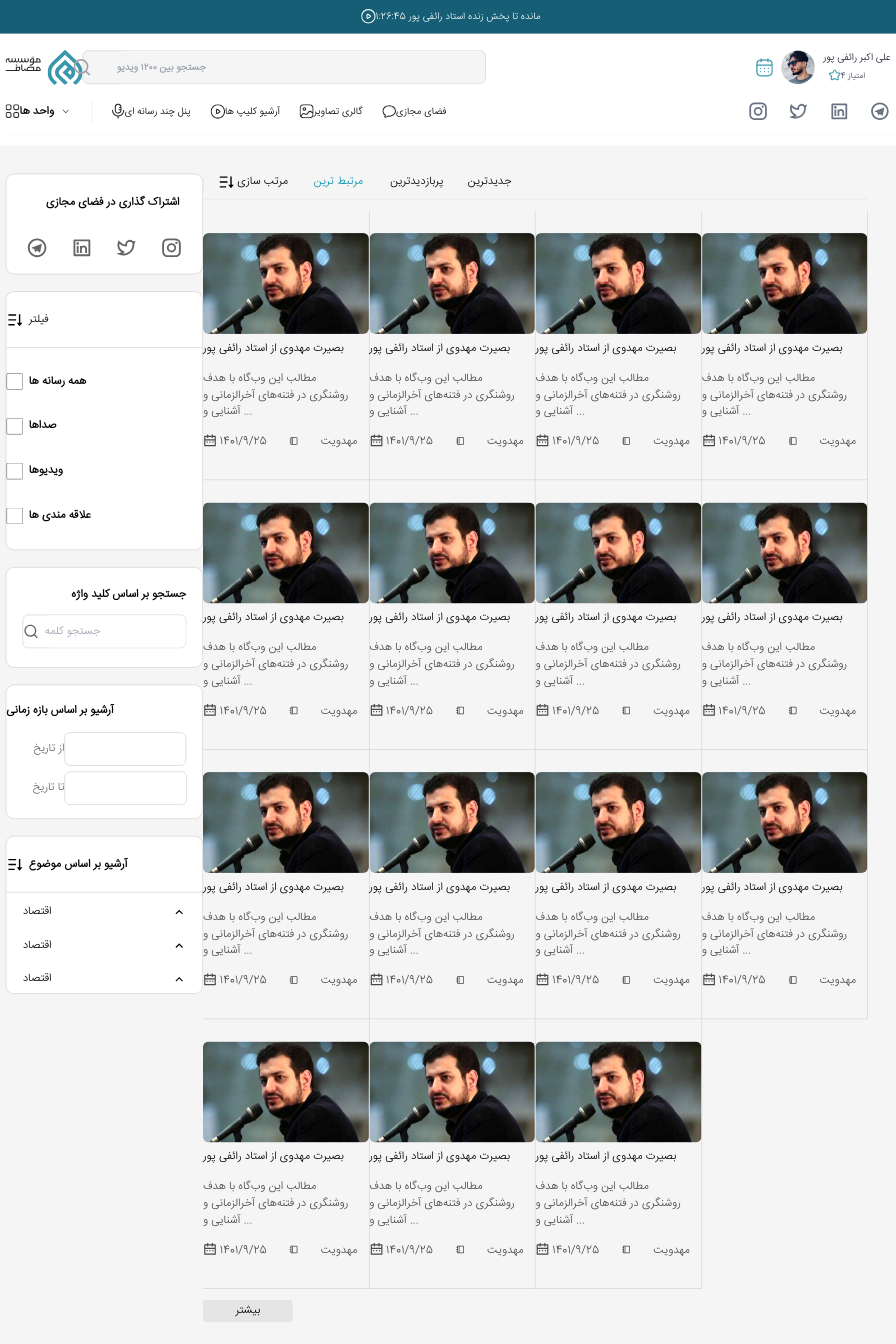
Repository: homan-tehrani/uiUserNative
Page: /multimedia
These files come from the project's save history. The page is drawn as it stood at one moment and after the next save; the edit follows.
The browser window is 1280 px wide. The pictures show the part of the page from y = 0 to 1920 px (the page is 3029 px tall), at 70% of full size.
The project was rebuilt for these pictures with package versions that can differ from the ones it lists, and the page was loaded fresh each time. The framework's server and built-in components were replaced by stand-ins that run in the browser. Also part of the build but not shown: next.config.js, src/components/MenuForUnits.js, src/components/AccordionForUnits.js, src/components/MenuResponsive.js.

Above is the page before, as saved 2023-04-25 02:13:25.

### src/pages/_app.js
import Layoute from 'components/layout/Layoute'
import 'styles/globals.css'

export default function App({ Component, pageProps }) {
  return <Layoute>
    <Component {...pageProps} />
  </Layoute>
}

### src/pages/multimedia/index.js
import React, { useState, useEffect } from 'react';
import { albumPhoto } from '../../../src/db.json';
import Loading from 'components/loading';
import CourseCart from 'components/CourseCart';
import Aside from 'components/Aside';
import AsideResponsive from 'components/AsideResponsive';
export default function Multimedia() {
  const [allcorses, setAllCorses] = useState(null);

  useEffect(() => {
    setAllCorses(albumPhoto);
  }, []);

  if (!allcorses) {
    return <Loading />;
  }

  return (
    <div className=" bg-neutral-100 flex h-max py-10 w-full mt-4 gap-x-1 ">
      <div className="hidden  sm:flex  md:flex justify-evenly container sm:px-2 mx-auto sm:justify-between sm:gap-x-0 gap-x-2 ">
        <Aside />
        <CourseCart data={allcorses} />
      </div>
      <AsideResponsive />
    </div>
  );
}

### src/components/layout/Layoute.js
import React from "react";
import Header from "./Header";
import Fotter from "./Fotter";
import Speech from "../Speech";

export default function Layoute({ children , datas }) {
  return (
    <>
      <Header  />
      <div>{children}</div>
      <Speech />
      <Fotter datas={datas} />
    </>
  );
}

### src/styles/globals.css
@tailwind base;
@tailwind components;
@tailwind utilities;

@font-face {
    font-family: iransans;
    src: url("../../public/assets/fonts/iransans/irsans-l.woff");
}

html , body{
    font-family: iransans;
  }

.slider-master
.swiper-pagination-bullet{
  width: 14px;
  height: 14px;
  background-color: #3998AC;
}

.slider-master
.swiper-pagination-bullet-active {
  width: 60px;
  border-radius: 60px;
}

### src/components/loading.js
const Loading =()=> {
    return (
      <div className="w-full h-full flex justify-center items-center py-5">
        <svg aria-hidden="true" class="w-12 h-12 text-gray-200 animate-spin dark:text-gray-600 fill-cyan-600" viewBox="0 0 100 101" fill="none" xmlns="http://www.w3.org/2000/svg">
            <path d="M100 50.5908C100 78.2051 77.6142 100.591 50 100.591C22.3858 100.591 0 78.2051 0 50.5908C0 22.9766 22.3858 0.59082 50 0.59082C77.6142 0.59082 100 22.9766 100 50.5908ZM9.08144 50.5908C9.08144 73.1895 27.4013 91.5094 50 91.5094C72.5987 91.5094 90.9186 73.1895 90.9186 50.5908C90.9186 27.9921 72.5987 9.67226 50 9.67226C27.4013 9.67226 9.08144 27.9921 9.08144 50.5908Z" fill="currentColor"/>
            <path d="M93.9676 39.0409C96.393 38.4038 97.8624 35.9116 97.0079 33.5539C95.2932 28.8227 92.871 24.3692 89.8167 20.348C85.8452 15.1192 80.8826 10.7238 75.2124 7.41289C69.5422 4.10194 63.2754 1.94025 56.7698 1.05124C51.7666 0.367541 46.6976 0.446843 41.7345 1.27873C39.2613 1.69328 37.813 4.19778 38.4501 6.62326C39.0873 9.04874 41.5694 10.4717 44.0505 10.1071C47.8511 9.54855 51.7191 9.52689 55.5402 10.0491C60.8642 10.7766 65.9928 12.5457 70.6331 15.2552C75.2735 17.9648 79.3347 21.5619 82.5849 25.841C84.9175 28.9121 86.7997 32.2913 88.1811 35.8758C89.083 38.2158 91.5421 39.6781 93.9676 39.0409Z" fill="currentFill"/>
        </svg>
      </div>
    );
  }

  export default Loading;

### src/components/CourseCart.js
import React from 'react';
import Link from 'next/link';
import Loading from './loading';
export default function CourseCart({ data }) {
  console.log(data);
  if (!data) {
    return <Loading />;
  }
  return (
    <div className="relative w-full h-full  flex flex-col   md:translate-x-0 gap-y-4  pr-8">
      <div className="  w-full text-sm md:text-base border-b pb-3 flex  items-end  gap-x-1 md:gap-x-4 lg:gap-x-8  ">
        <div className=" w-26 flex items-center justify-center gap-x-1 border-l pl-3 sm:pl-5">
          <svg
            xmlns="http://www.w3.org/2000/svg"
            className="w-4 md:w-6"
            viewBox="0 0 24 24"
          >
            <path
              d="M20 4V16H23L19 21L15 16H18V4H20ZM12 18V20H3V18H12ZM14 11V13H3V11H14ZM14 4V6H3V4H14Z"
              fill="#000"
            ></path>
          </svg>
          <button className="">مرتب سازی </button>
        </div>
        <button className="text-cyan-600  w-16 md:w-20">
          مرتبط ترین
        </button>
        <button className="w-20 ">پربازدیدترین</button>
        <button className="w-16 ">جدیدترین</button>
      </div>

      <div className="grid grid-cols-4">
        {data.map((item) => (
          <>
            <div
              key={item.id}
              className=" hover:bg-white border-r border-b border-gray-300 py-8 cursor-pointer"
            >
              <div className="w-full h-36 bg-gray-200 rounded-lg overflow-hidden">
                <img
                  src="assets/images/img.png"
                  alt={item.title}
                  className="w-full h-full"
                />
              </div>
              <div className="flex flex-col h-44 justify-around pr-4">
                <div>
                  <p>بصیرت مهدوی از استاد رائفی پور</p>
                </div>

                <p className="opacity-70">
                مطالب این وب‌گاه با هدف روشنگری در فتنه‌های آخرالزمانی و آشنایی و ...
                  </p>
                <div className="flex gap-x-8 opacity-70">
                  <div className="flex gap-x-1">
                    <svg
                      xmlns="http://www.w3.org/2000/svg"
                      viewBox="0 0 24 24"
                      width="20"
                      height="20"
                    >
                      <path fill="none" d="M0 0h24v24H0z" />
                      <path d="M17 3h4a1 1 0 0 1 1 1v16a1 1 0 0 1-1 1H3a1 1 0 0 1-1-1V4a1 1 0 0 1 1-1h4V1h2v2h6V1h2v2zm3 8H4v8h16v-8zm-5-6H9v2H7V5H4v4h16V5h-3v2h-2V5zm-9 8h2v2H6v-2zm5 0h2v2h-2v-2zm5 0h2v2h-2v-2z" />
                    </svg>
                    <p>1401/9/25</p>
                  </div>

                  <svg
                    xmlns="http://www.w3.org/2000/svg"
                    viewBox="0 0 24 24"
                    width="20"
                    height="20"
                  >
                    <path fill="none" d="M0 0h24v24H0z" />
                    <path d="M20.005 2C21.107 2 22 2.898 22 3.99v16.02c0 1.099-.893 1.99-1.995 1.99H4v-4H2v-2h2v-3H2v-2h2V8H2V6h2V2h16.005zM8 4H6v16h2V4zm12 0H10v16h10V4z" />
                  </svg>
                  <span> {
                    (Array.isArray(item?.portal) && item?.portal.length > 0) ? (item?.portal[0].name) : 'مهدویت' }
                  </span>
                </div>
              </div>
            </div>

            <Link
              href={`/units/${item.id}`}
              className="w-full h-full absolute top-0 left-0  "
            ></Link>
          </>
        ))}
      </div>
      <button className="w-32 h-8 bg-neutral-200 rounded">
        بیشتر
      </button>
    </div>
  );
}

### src/components/Aside.js
import React from 'react'
import AccordionForMultiMedia from './AccordionForMultiMedia'

export default function Aside() {
  return (
    <aside className="w-80 h-full   md:mr-0 md:translate-x-0 flex flex-col  items-start justify-start gap-y-6 ">
    <div className="w-282px  border border-stone-300 h-36 bg-white rounded-xl flex flex-col items-center justify-center gap-y-3">
      <p className="text-right pl-6 font-bold">
        اشتراک گذاری در فضای مجازی
      </p>
      <div className="xs:-translate-y-4  flex  w-11/12 xs:h-8 xs:w-32  justify-around h-12 items-center rounded-md  translate-y-4 fill-white opacity-60">
        <svg
          className="cursor-pointer fill-black xs:w-6 w-8"
          xmlns="http://www.w3.org/2000/svg"
          viewBox="0 0 24 24"
        >
          <path fill="none" d="M0 0h24v24H0z" />
          <path d="M12 20a8 8 0 1 0 0-16 8 8 0 0 0 0 16zm0 2C6.477 22 2 17.523 2 12S6.477 2 12 2s10 4.477 10 10-4.477 10-10 10zm-3.11-8.83l-2.498-.779c-.54-.165-.543-.537.121-.804l9.733-3.76c.565-.23.885.061.702.79l-1.657 7.82c-.116.557-.451.69-.916.433l-2.551-1.888-1.189 1.148c-.122.118-.221.219-.409.244-.187.026-.341-.03-.454-.34l-.87-2.871-.012.008z" />
        </svg>
        <svg
          className="cursor-pointer fill-black xs:w-6 w-8"
          xmlns="http://www.w3.org/2000/svg"
          viewBox="0 0 24 24"
        >
          <path fill="none" d="M0 0h24v24H0z" />
          <path d="M4 3h16a1 1 0 0 1 1 1v16a1 1 0 0 1-1 1H4a1 1 0 0 1-1-1V4a1 1 0 0 1 1-1zm1 2v14h14V5H5zm2.5 4a1.5 1.5 0 1 1 0-3 1.5 1.5 0 0 1 0 3zm-1 1h2v7.5h-2V10zm5.5.43c.584-.565 1.266-.93 2-.93 2.071 0 3.5 1.679 3.5 3.75v4.25h-2v-4.25a1.75 1.75 0 0 0-3.5 0v4.25h-2V10h2v.43z" />
        </svg>
        <svg
          className="cursor-pointer fill-black xs:w-6 w-8"
          xmlns="http://www.w3.org/2000/svg"
          viewBox="0 0 24 24"
        >
          <path fill="none" d="M0 0h24v24H0z" />
          <path d="M15.3 5.55a2.9 2.9 0 0 0-2.9 2.847l-.028 1.575a.6.6 0 0 1-.68.583l-1.561-.212c-2.054-.28-4.022-1.226-5.91-2.799-.598 3.31.57 5.603 3.383 7.372l1.747 1.098a.6.6 0 0 1 .034.993L7.793 18.17c.947.059 1.846.017 2.592-.131 4.718-.942 7.855-4.492 7.855-10.348 0-.478-1.012-2.141-2.94-2.141zm-4.9 2.81a4.9 4.9 0 0 1 8.385-3.355c.711-.005 1.316.175 2.669-.645-.335 1.64-.5 2.352-1.214 3.331 0 7.642-4.697 11.358-9.463 12.309-3.268.652-8.02-.419-9.382-1.841.694-.054 3.514-.357 5.144-1.55C5.16 15.7-.329 12.47 3.278 3.786c1.693 1.977 3.41 3.323 5.15 4.037 1.158.475 1.442.465 1.973.538z" />
        </svg>
        <svg
          className="cursor-pointer fill-black xs:w-6 w-8"
          xmlns="http://www.w3.org/2000/svg"
          viewBox="0 0 24 24"
        >
          <path fill="none" d="M0 0h24v24H0z" />
          <path d="M12 9a3 3 0 1 0 0 6 3 3 0 0 0 0-6zm0-2a5 5 0 1 1 0 10 5 5 0 0 1 0-10zm6.5-.25a1.25 1.25 0 0 1-2.5 0 1.25 1.25 0 0 1 2.5 0zM12 4c-2.474 0-2.878.007-4.029.058-.784.037-1.31.142-1.798.332-.434.168-.747.369-1.08.703a2.89 2.89 0 0 0-.704 1.08c-.19.49-.295 1.015-.331 1.798C4.006 9.075 4 9.461 4 12c0 2.474.007 2.878.058 4.029.037.783.142 1.31.331 1.797.17.435.37.748.702 1.08.337.336.65.537 1.08.703.494.191 1.02.297 1.8.333C9.075 19.994 9.461 20 12 20c2.474 0 2.878-.007 4.029-.058.782-.037 1.309-.142 1.797-.331.433-.169.748-.37 1.08-.702.337-.337.538-.65.704-1.08.19-.493.296-1.02.332-1.8.052-1.104.058-1.49.058-4.029 0-2.474-.007-2.878-.058-4.029-.037-.782-.142-1.31-.332-1.798a2.911 2.911 0 0 0-.703-1.08 2.884 2.884 0 0 0-1.08-.704c-.49-.19-1.016-.295-1.798-.331C14.925 4.006 14.539 4 12 4zm0-2c2.717 0 3.056.01 4.122.06 1.065.05 1.79.217 2.428.465.66.254 1.216.598 1.772 1.153a4.908 4.908 0 0 1 1.153 1.772c.247.637.415 1.363.465 2.428.047 1.066.06 1.405.06 4.122 0 2.717-.01 3.056-.06 4.122-.05 1.065-.218 1.79-.465 2.428a4.883 4.883 0 0 1-1.153 1.772 4.915 4.915 0 0 1-1.772 1.153c-.637.247-1.363.415-2.428.465-1.066.047-1.405.06-4.122.06-2.717 0-3.056-.01-4.122-.06-1.065-.05-1.79-.218-2.428-.465a4.89 4.89 0 0 1-1.772-1.153 4.904 4.904 0 0 1-1.153-1.772c-.248-.637-.415-1.363-.465-2.428C2.013 15.056 2 14.717 2 12c0-2.717.01-3.056.06-4.122.05-1.066.217-1.79.465-2.428a4.88 4.88 0 0 1 1.153-1.772A4.897 4.897 0 0 1 5.45 2.525c.638-.248 1.362-.415 2.428-.465C8.944 2.013 9.283 2 12 2z" />
        </svg>
      </div>
    </div>
    <div className="w-282px h-370px  border border-stone-300 rounded-xl bg-white">
      <div className="w-full h-20  border-b border-stone-300 flex items-center justify-start pr-6 gap-x-2 ">
        <svg
          xmlns="http://www.w3.org/2000/svg"
          viewBox="0 0 24 24"
          width="24"
          height="24"
        >
          <path
            d="M20 4V16H23L19 21L15 16H18V4H20ZM12 18V20H3V18H12ZM14 11V13H3V11H14ZM14 4V6H3V4H14Z"
            fill="#000"
          ></path>
        </svg>
        <p>فیلتر</p>
      </div>
      <div className="w-full h-64 translate-y-4 flex flex-col justify-around pr-4 font-bold">
        <div className="flex  items-center justify-satrt  gap-x-2">
          <input type="checkbox" className="w-6 h-6 " />
          <p>همه رسانه ها</p>
        </div>
        <div className="flex items-center justify-satrt  gap-x-2">
          <input type="checkbox" className="w-6 h-6 " />
          <p>صداها</p>
        </div>
        <div className="flex items-center justify-satrt gap-x-2">
          <input type="checkbox" className="w-6 h-6 " />
          <p>ویدیوها</p>
        </div>
        <div className="flex items-center justify-satrt gap-x-2">
          <input type="checkbox" className="w-6 h-6 " />
          <p>علاقه مندی ها</p>
        </div>
      </div>
    </div>
    <div className="w-282px border border-stone-300 h-36 bg-white rounded-xl flex flex-col items-center justify-center gap-y-4">
      <p className="text-right  w-10/12 font-bold">
        جستجو بر اساس کلید واژه
      </p>
      <div className="w-10/12 h-12  flex items-center border border-stone-300 rounded-lg">
        <svg
          xmlns="http://www.w3.org/2000/svg"
          className="mr-2 opacity-60"
          viewBox="0 0 24 24"
          width="24"
          height="24"
        >
          <path
            d="M18.031 16.6168L22.3137 20.8995L20.8995 22.3137L16.6168 18.031C15.0769 19.263 13.124 20 11 20C6.032 20 2 15.968 2 11C2 6.032 6.032 2 11 2C15.968 2 20 6.032 20 11C20 13.124 19.263 15.0769 18.031 16.6168ZM16.0247 15.8748C17.2475 14.6146 18 12.8956 18 11C18 7.1325 14.8675 4 11 4C7.1325 4 4 7.1325 4 11C4 14.8675 7.1325 18 11 18C12.8956 18 14.6146 17.2475 15.8748 16.0247L16.0247 15.8748Z"
            fill="#000"
          ></path>
        </svg>
        <input
          placeholder="جستجو کلمه"
          type="text"
          className="w-11/12 h-full outline-0 pr-2 rounded-lg "
        />
      </div>
    </div>

    <div className="w-282px border border-stone-300 h-48 bg-white rounded-xl flex flex-col items-center justify-center  ">
      <p className="text-right mt-6 w-full pr-7 font-bold flex items-center  ">
        آرشیو بر اساس بازه زمانی
      </p>

      <div className="flex flex-col items-center justify-center  w-full h-full gap-y-2  ">
        <div className="flex items-cenetr h-12 justify-center">
          <p className="pl-4 flex items-center justify-center opacity-60">
            از تاریخ
          </p>
          <input
            type="text"
            className="border border-stone-300 h-full w-8/12 rounded-lg outline-0 pr-2"
          />
        </div>
        <div className="flex items-cenetr justify-center h-12 ">
          <p className="pl-4 flex items-center justify-center opacity-60">
            تا تاریخ
          </p>
          <input
            type="text"
            className="border border-stone-300 h-full w-8/12 rounded-lg outline-0 pr-2"
          />
        </div>
      </div>
    </div>
    <div className="w-282px  h-max border border-stone-300 rounded-xl bg-white ">
      <div className="w-full h-20  border-b border-stone-300 flex items-center justify-start pr-6 gap-x-2 ">
        <svg
          xmlns="http://www.w3.org/2000/svg"
          viewBox="0 0 24 24"
          width="24"
          height="24"
        >
          <path
            d="M20 4V16H23L19 21L15 16H18V4H20ZM12 18V20H3V18H12ZM14 11V13H3V11H14ZM14 4V6H3V4H14Z"
            fill="#000"
          ></path>
        </svg>
        <p className="font-bold">آرشیو بر اساس موضوع</p>
      </div>
  <AccordionForMultiMedia/>
  <AccordionForMultiMedia/>
  <AccordionForMultiMedia/>

    </div>
  </aside>
  )
}

### src/components/Speech.js
import React, { useEffect, useState } from "react";
import Loading from "./loading";
import {speech} from "../../src/db.json"

export default function Speech({ datas }) {
  const [imageSpeech, setImageSpeech] = useState(null);
  useEffect(() => {
    setImageSpeech(speech);
  }, []);

  if (!imageSpeech) {
    return <Loading />;
  }
  return (
    <div className="w-full flex justify-center items-center relative ">
      <div className="flex flex-col w-full h-max">
        <div className="flex flex-col w-full ">
          <img
            src={imageSpeech[0].src}
            alt={imageSpeech[0].alt}
            className="w-full h-full object-cover"
          />
        </div>
      </div>
    </div>
  );
}

### src/components/AccordionForMultiMedia.js
import {useState} from 'react'

export default function AccordionForMultiMedia() {
    const [isShowAccordion, setIsShowAccordion] = useState(false);
    const accordionHandler = () => {
        setIsShowAccordion((prev) => !prev);
      };
  return (
    <>
    <button
    onClick={accordionHandler}
    className=" w-10/12 mx-auto h-10 flex items-center mt-2 justify-between"
  >
    <p>اقتصاد</p>
    <div>
      {!isShowAccordion && (
        <svg
          xmlns="http://www.w3.org/2000/svg"
          viewBox="0 0 24 24"
          width="20"
          height="20"
        >
          <path
            d="M11.9997 10.8284L7.04996 15.7782L5.63574 14.364L11.9997 8L18.3637 14.364L16.9495 15.7782L11.9997 10.8284Z"
            fill="#000"
          ></path>
        </svg>
      )}
      {isShowAccordion && (
        <svg
          xmlns="http://www.w3.org/2000/svg"
          viewBox="0 0 24 24"
          width="20"
          height="20"
        >
          <path
            d="M11.9997 13.1714L16.9495 8.22168L18.3637 9.63589L11.9997 15.9999L5.63574 9.63589L7.04996 8.22168L11.9997 13.1714Z"
            fill="#000"
          ></path>
        </svg>
      )}
    </div>
  </button>
  {isShowAccordion && (
    <div className="w-10/12 mx-auto my-4 pb-4 flex flex-col gap-y-8 font-bold  border-b border-stone-300">
      <div className="flex items-center justify-satrt  gap-x-2 ">
        <input type="checkbox" className="w-6 h-6 " />
        <p>اقتصاد ایران</p>
      </div>
      <div className="flex items-center justify-satrt  gap-x-2">
        <input type="checkbox" className="w-6 h-6 " />
        <p>اقتصاد جهان</p>
      </div>
    </div>
  )}
  </>
  )
}

### src/components/AccordionMultiMediResponsive.js
import React, { useState } from 'react'

export default function AccordionMultiMediResponsive() {
    const[isShowAccordion , setIsShowAccordion] = useState(false)
    const accordionHandler = ()=>{
        setIsShowAccordion(prev=>!prev)
    }
  return (
    <>
     <button
              onClick={accordionHandler}
              className=" w-11/12 mx-auto h-10 flex items-center  my-2 justify-between"
            >
              <p>دشمن شناسی</p>
              <div>
                {!isShowAccordion && (
                  <svg
                    xmlns="http://www.w3.org/2000/svg"
                    viewBox="0 0 24 24"
                    width="20"
                    height="20"
                  >
                    <path
                      d="M11.9997 10.8284L7.04996 15.7782L5.63574 14.364L11.9997 8L18.3637 14.364L16.9495 15.7782L11.9997 10.8284Z"
                      fill="#000"
                    ></path>
                  </svg>
                )}
                {isShowAccordion && (
                  <svg
                    xmlns="http://www.w3.org/2000/svg"
                    viewBox="0 0 24 24"
                    width="20"
                    height="20"
                  >
                    <path
                      d="M11.9997 13.1714L16.9495 8.22168L18.3637 9.63589L11.9997 15.9999L5.63574 9.63589L7.04996 8.22168L11.9997 13.1714Z"
                      fill="#000"
                    ></path>
                  </svg>
                )}
              </div>
            </button>
            {isShowAccordion && (
              <div className="w-10/12 mx-auto pb-4 flex mt-4 flex-col gap-y-8 font-bold border-stone-300 border-b">
                <div className="flex items-center justify-satrt  gap-x-2 ">
                  <input type="checkbox" className="w-6 h-6 " />
                  <p>اقتصاد ایران</p>
                </div>
                <div className="flex items-center justify-satrt  gap-x-2">
                  <input type="checkbox" className="w-6 h-6 " />
                  <p>اقتصاد جهان</p>
                </div>
              </div>
            )}
    </>
  )
}

### tailwind.config.js
/** @type {import('tailwindcss').Config} */
module.exports = {
  content: [
    "./app/**/*.{js,ts,jsx,tsx}",
    "./pages/**/*.{js,ts,jsx,tsx}",
    "./components/**/*.{js,ts,jsx,tsx}",

    // Or if using `src` directory:
    "./src/**/*.{js,ts,jsx,tsx}",
  ],
  theme: {
    extend: {
      screens:{
        'xs':{'max':'430px'},
      },
      spacing: {
        '148': '37rem',
        '120':'36rem',
        '152':'42rem',
        '90':'25rem',
        '98':'28rem',
        '100':'30rem',
        '110':'33rem',
        'ppx':'0.5px',
        '400px': '400px',
        '300px':'300px',
        '1200px':'1200px',
        '370px':'370px',
        '305px':'305px',
        '282px':'282px'
      },
      fontSize:{
        tsm:['13px','19px'],
        ssm:['12px','18px'],
        xsm:['11px','17px'],
        xxsm:['10px','16px'],
        xxxsm:['8px','12px'],
      },
    },
  },
  plugins: [],
}

Loaded but not shown: src/db.json (58 lines, source omitted); src/components/layout/Fotter.js (133 lines, source omitted); src/components/layout/Header.js (154 lines, source omitted); src/components/NavBar.js (89 lines, source omitted); src/components/AsideResponsive.js (296 lines, source omitted)

After the next save:
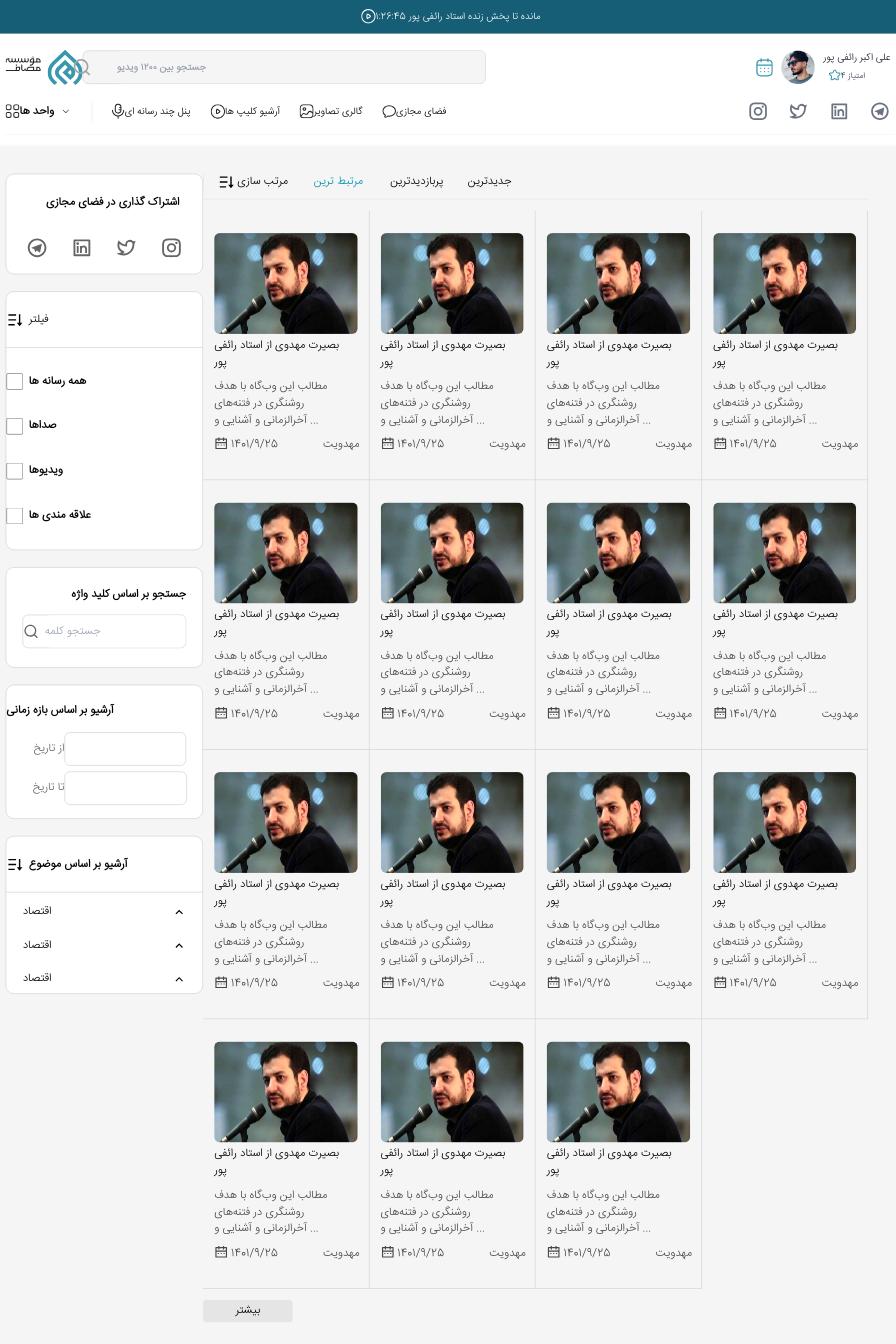
Saved 15 s later.
--- a/src/components/CourseCart.js
+++ b/src/components/CourseCart.js
@@ -34,7 +34,7 @@ export default function CourseCart({ data }) {
           <>
             <div
               key={item.id}
-              className=" hover:bg-white border-r border-b border-gray-300 py-8 cursor-pointer"
+              className=" px-4 hover:bg-white border-r border-b border-gray-300 py-8 cursor-pointer"
             >
               <div className="w-full h-36 bg-gray-200 rounded-lg overflow-hidden">
                 <img
